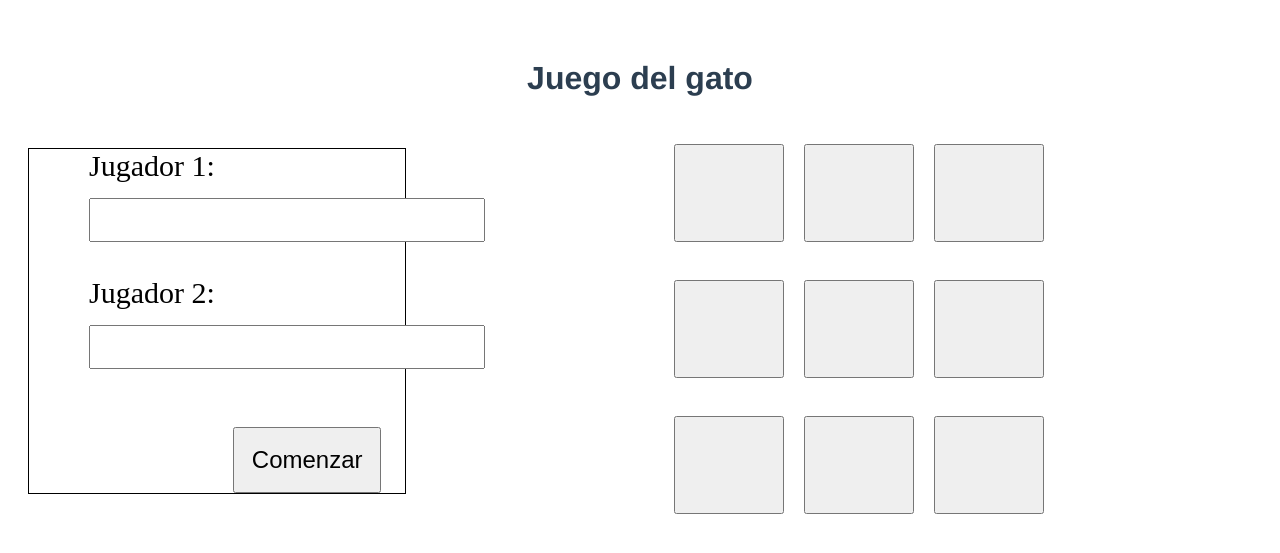
Repository: franciscamanquecheo/Taller-2
Page: / (app in vite-project/)
These files come from the project's save history. The page is drawn as it stood at one moment and after the next save; the edit follows.
The browser window is 1280 px wide. The pictures show the whole page.
The project was rebuilt for these pictures with package versions that can differ from the ones it lists, and the page was loaded fresh each time. Also part of the build but not shown: vite-project/vite.config.ts.

Above is the page before, as saved 2022-06-17 18:03:47.

### vite-project/src/App.vue
<script setup lang="ts">
// This starter template is using Vue 3 <script setup> SFCs
// Check out https://vuejs.org/api/sfc-script-setup.html#script-setup
import HelloWorld from './components/HelloWorld.vue'
</script>

<template>
 <h1>Juego del gato</h1>
<section>
 <article id="comandos">
  Jugador 1:

  <input type="text" id="jugador1"><br><br>
  Jugador 2:
  <input type="text" id="jugador 2"><br><br>
  <input type="button" id="comenzar" value="Comenzar">
  <label id="TurnoJugador"></label>
 </article>
  <article id="Tablero">
    <input type="button" id="casilla1">
    <input type="button" id="casilla2">
    <input type="button" id="casilla3"><br><br>

    <input type="button" id="casilla4">
    <input type="button" id="casilla5">
    <input type="button" id="casilla6"><br><br>

    <input type="button" id="casilla7">
    <input type="button" id="casilla8">
    <input type="button" id="casilla9">



  </article>











</section>
</template>

<style>
h1 {
  font-family: Avenir, Helvetica, Arial, sans-serif;
  -webkit-font-smoothing: antialiased;
  -moz-osx-font-smoothing: grayscale;
  text-align: center;
  color: #2c3e50;
  margin-top: 60px;
}
article#comandos{
  margin-top: 30px;

  display: inline-block;
  text-align: left;
  border: 1px solid black;
  margin-left: 20px;
font-size: 30px;
vertical-align: top;
min-height: 300px;
width: 25%;
padding-left: 2em;
}
article#Tablero{

  display: inline-block;
  margin: 1em;
  width: 50%;
   text-align: right;
}
article#Tablero input{

  font-size: 5em;
  height: 100 px;
  width: 110px;
  margin: 10px;

}
input[type="text"]{
  margin-top: 15px;
  font-size: 1em;
  margin: 0.2 em;
  padding: 0.1em;
}
input[type="button"]#comenzar{
  font-size: 0.8em;
  margin-top: 1em;
  padding: 0.7em;
  margin-left: 6em;

}



section{
  display: inline-block;
  margin: 0 auto;

  width: 100%;
}
template{
  background-color: #2c3e50;
}
</style>

Loaded but not shown: vite-project/index.html (common file); vite-project/src/main.ts (common file)

After the next save:
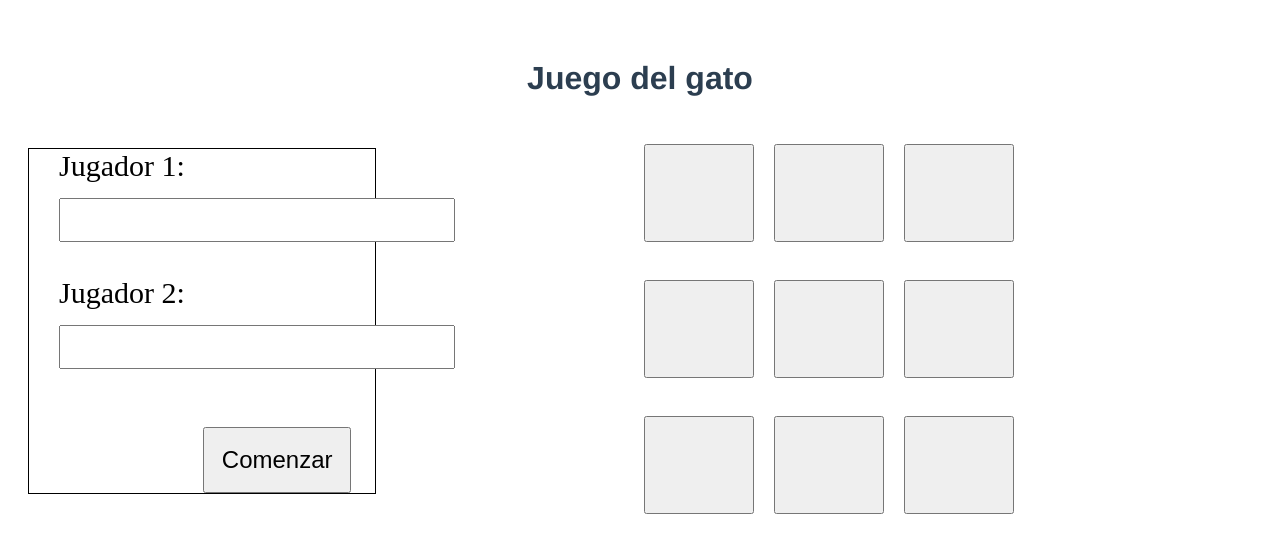
Saved 8 s later.
--- a/vite-project/src/App.vue
+++ b/vite-project/src/App.vue
@@ -66,7 +66,7 @@ font-size: 30px;
 vertical-align: top;
 min-height: 300px;
 width: 25%;
-padding-left: 2em;
+padding-left: 1em;
 }
 article#Tablero{
 
